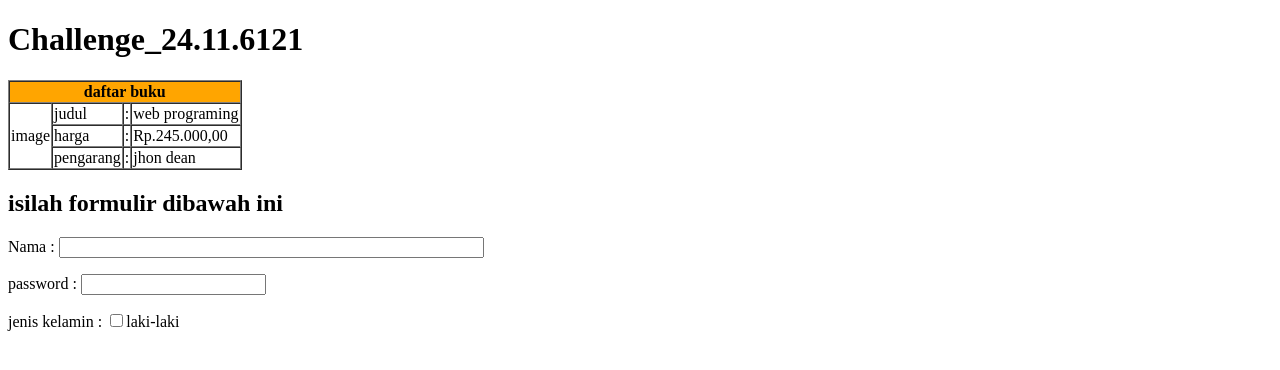
Repository: Tepen-com/challenge_24.11.6121_p4
Page: index.html
These files come from the project's save history. The page is drawn as it stood at one moment and after the next save; the edit follows.
The browser window is 1280 px wide. The pictures show the whole page.

Above is the page before, as saved 2026-04-20 11:10:23.

### index.html
<!DOCTYPE html>
<html lang="eng">
    <head>
        <meta charset="UTF-8">
        <meta name="viewport" content="width=device-width , initiave">
        <title>p1
        </title>

    </head>
    <body>
        <h1>Challenge_24.11.6121</h1>
        <table border="1" cellspacing="0">
            <tr>
                <th colspan="4" bgcolor="orange"> daftar buku</th>
            </tr>
            <tr>
                <td rowspan="4"> image
                </td>
                <td>
                    judul
                </td>
                <td>
                    :
                </td>
                <td>
                    web programing
                </td>
            </tr>
            <tr>
                <td>harga</td>
                <td>:</td>
                <td>Rp.245.000,00</td>
            </tr>
            <tr>
                <td>pengarang</td>
                <td>:</td>
                <td>jhon dean</td>
            </tr>
        </table>
        <h2>isilah formulir dibawah ini</h2>
        <p>Nama : <input type="text" value="" size="50"></p>
        <p>password : <input type="password" size="20"></p>
        <p>jenis kelamin : <input type="checkbox" name="baverage" value="laki-laki">laki-laki</p>
    </body>


</html>

After the next save:
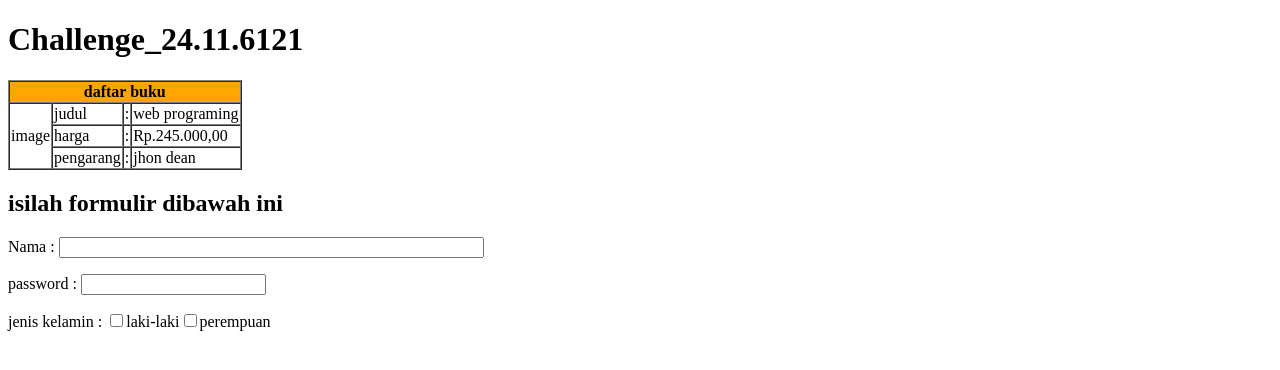
Saved 2 min 28 s later.
--- a/index.html
+++ b/index.html
@@ -40,7 +40,9 @@
         <h2>isilah formulir dibawah ini</h2>
         <p>Nama : <input type="text" value="" size="50"></p>
         <p>password : <input type="password" size="20"></p>
-        <p>jenis kelamin : <input type="checkbox" name="baverage" value="laki-laki">laki-laki</p>
+        <p>jenis kelamin : <input type="checkbox" name="baverage" value="laki-laki">laki-laki<input type="checkbox" name="baverage" value="perempuan">perempuan
+        </p>
+        <p></p>
     </body>
 
 
